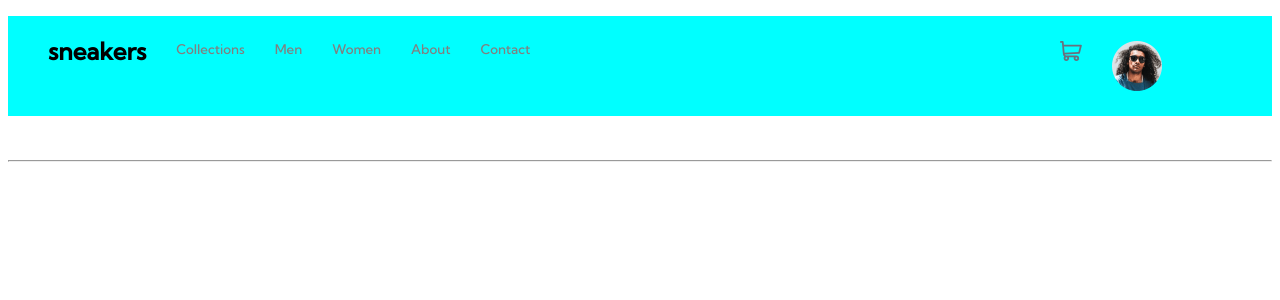
Repository: Abhi2359/frontendchallenge-2
Page: /
These files come from the project's save history. The page is drawn as it stood at one moment and after a run of saves; the edit follows.
The browser window is 1280 px wide. The pictures show the whole page.
The project was rebuilt for these pictures with package versions that can differ from the ones it lists, and the page was loaded fresh each time.

Above is the page before, as saved 2023-02-11 00:31:20.

After the next 4 saves:
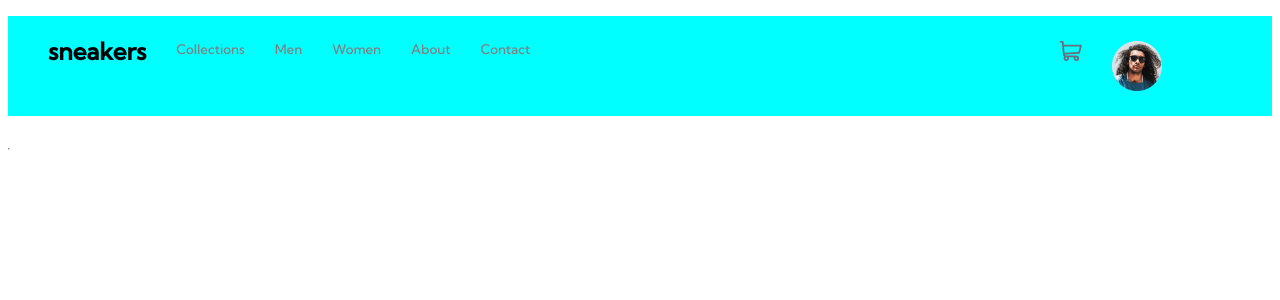
The 4 saves are shown as one change because they came seconds apart.
The last was saved 17 s later.
--- a/src/components/Navbar/Navbar.css
+++ b/src/components/Navbar/Navbar.css
@@ -48,3 +48,8 @@
  .hr_tag{
     position: relative;
  }
+
+ .horizontal-line {
+    position: absolute;
+    top: -20px;
+ }
